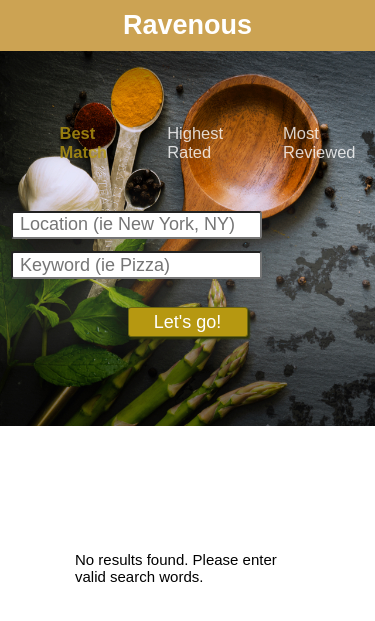
Repository: LolaSL/Ravenous
Page: /
These files come from the project's save history. The page is drawn as it stood at one moment and after the next save; the edit follows.
The browser window is 375 px wide. The pictures show the whole page.
The page's requests for data from a server got no answer. The project was rebuilt for these pictures with package versions that can differ from the ones it lists, and the page was loaded fresh each time. No one was signed in, and anything a server would have sent is missing. Also part of the build but not shown: src/Business/Business.js.

Above is the page before, as saved 2024-03-24 12:25:08.

After the next save:
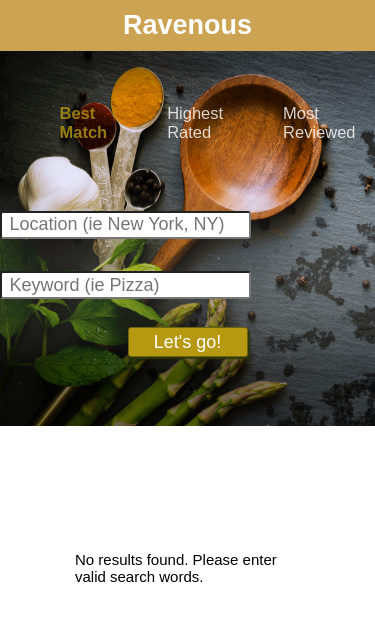
Saved 6 s later.
--- a/src/SearchBar/SearchBar.css
+++ b/src/SearchBar/SearchBar.css
@@ -81,7 +81,7 @@ hr {
 
 
   .search-input {
-    margin: 20 auto;
+    margin: 20px auto;
     margin-bottom: 0.86rem;
   }
 
